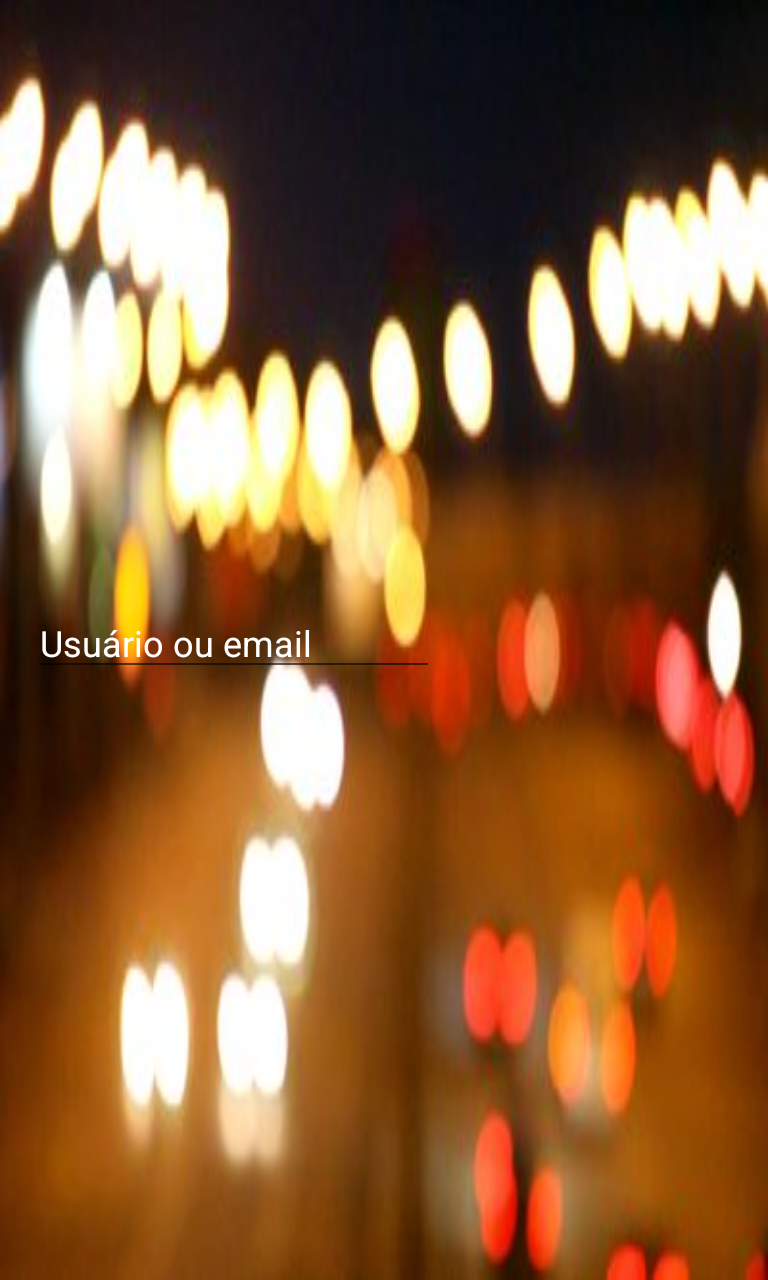
Repository: wellingtondessuy/AppLearning
Layout: HappyApp/res/layout/activity_login.xml
The author's editor kept a copy of each file at every save. The layout is drawn from the files as they stood at one save, then again after the next save.
It is drawn on a 768 x 1280 px phone screen (xhdpi) without system bars, with theme AppTheme; the app's code is not run.

Above is the layout before, as saved 2015-05-22 19:05:02.

After the next save:
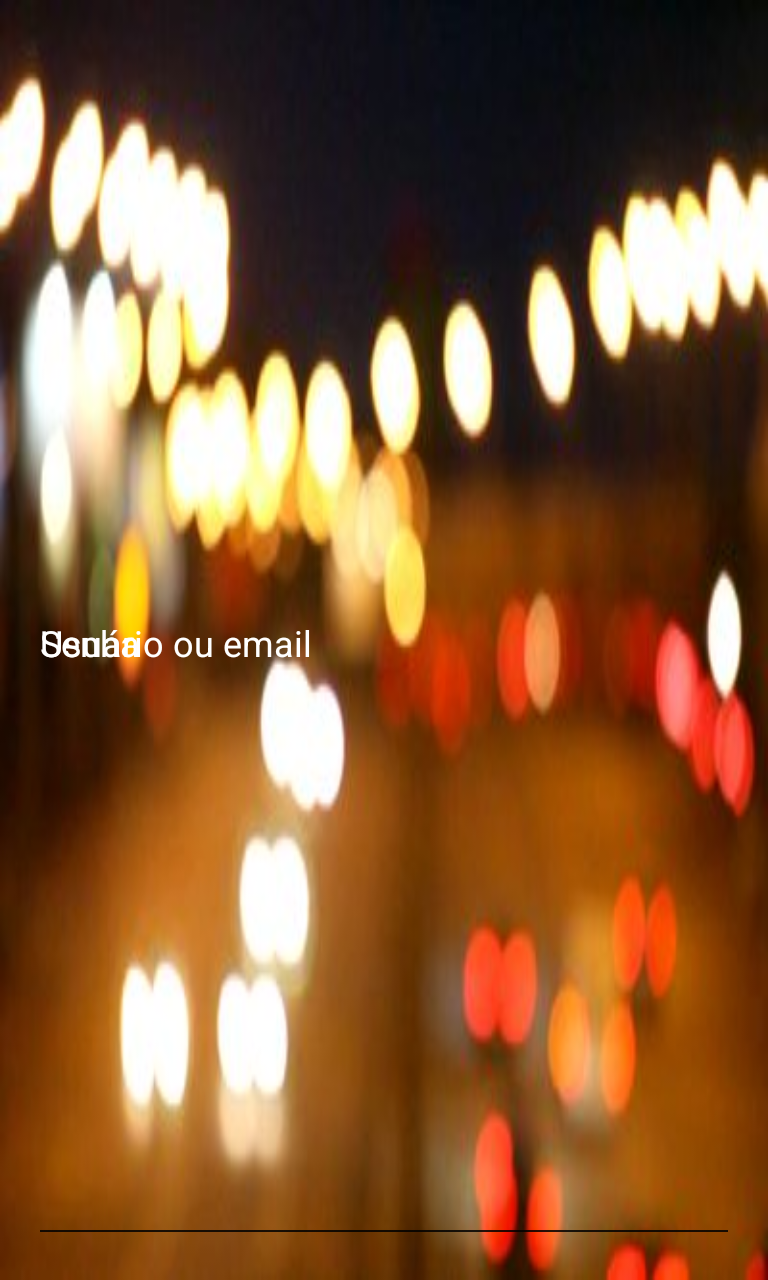
Saved 45 s later.
--- a/HappyApp/res/layout/activity_login.xml
+++ b/HappyApp/res/layout/activity_login.xml
@@ -1,4 +1,4 @@
-<RelativeLayout xmlns:android="http://schemas.android.com/apk/res/android"
+<LinearLayout xmlns:android="http://schemas.android.com/apk/res/android"
     xmlns:tools="http://schemas.android.com/tools"
     android:layout_width="wrap_content"
     android:layout_height="match_parent"
@@ -9,7 +9,7 @@
     android:background="@drawable/back_wf"
     tools:context="com.example.happyapp.LoginActivity" >
 
-    <LinearLayout
+    <RelativeLayout
         android:layout_centerVertical="true"
         android:layout_width="wrap_content"
         android:layout_height="wrap_content">
@@ -30,5 +30,6 @@
 	        android:layout_width="fill_parent"
 	        android:layout_height="fill_parent"
 	        />
-    </LinearLayout>
-</RelativeLayout>
+    </RelativeLayout>
+
+</LinearLayout>
